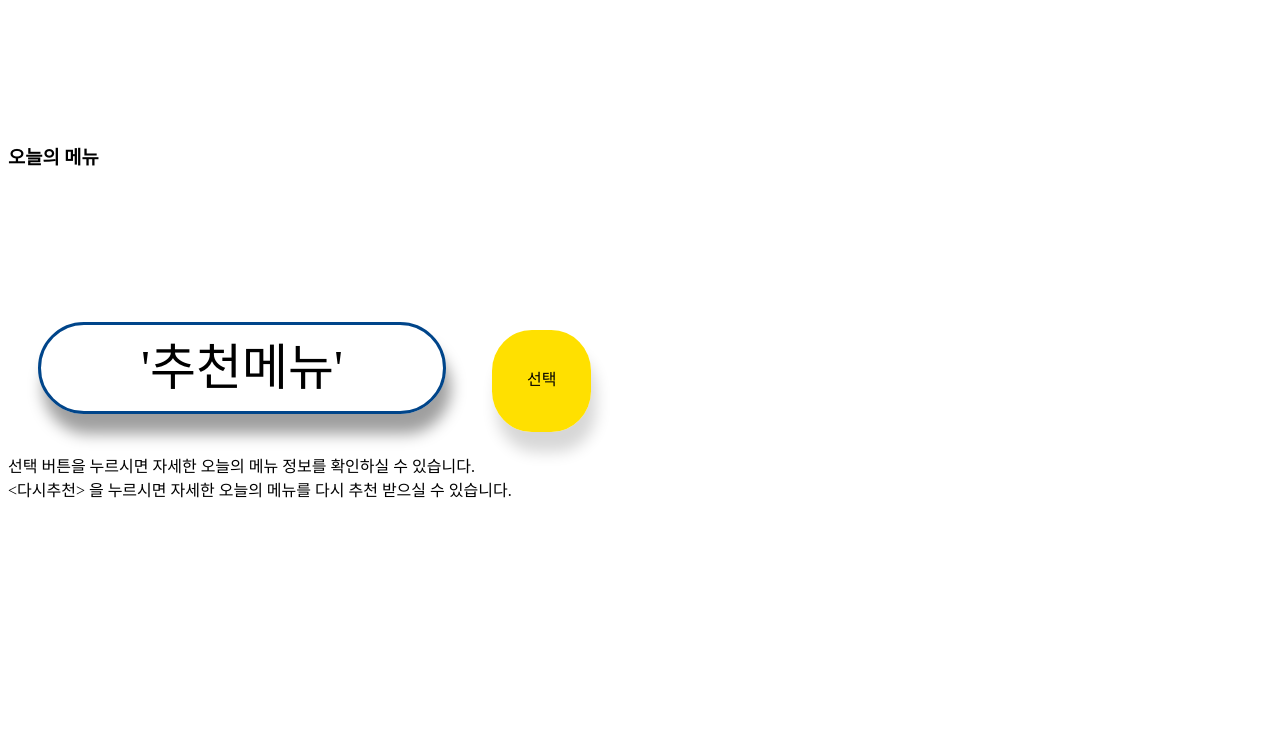
Repository: hkh00700/JustDoEat_Web
Page: http://localhost/justdoeat/WEB-INF/views/home.jsp
An editor plug-in stored every save of this project. The page is shown before and after the next save, followed by the edit.
The browser window is 1280 px wide. The pictures show the whole page.
The page is served by Tomcat 9. Nobody is signed in. Other server files are loaded and not shown. The template is opened directly, without the code that normally fills it, so the values that code supplies are empty.

Above is the page before, as saved 2021-05-18 02:44:09.

### justdoeat/src/main/webapp/WEB-INF/views/home.jsp
<%@ taglib uri="http://java.sun.com/jsp/jstl/core" prefix="c" %>
<%@ page language="java" contentType="text/html; charset=UTF-8"
    pageEncoding="UTF-8"%>
<html>
<head>
	<title>Home</title>
<style type="text/css">
.content {
height: 720px;
}

h3{
height: 300px;
line-height: 300px;
}
.content a:first-of-type{
width: 600px;
height: 120px;
margin: 40px 23px 42px 30px;
padding: 15px 100px 15px 100px;
border-radius: 60px;
box-shadow: 5px 20px 15px 0 rgba(0, 0, 0, 0.38);
border: solid 3px #00458a;
text-align: center;
font-size: 50px;
}
.select{
 width: 120px;
  height: 120px;
  margin: 40px 157px 42px 23px;
  padding: 41px 35px 44px;
  box-shadow: 5px 20px 15px 0 rgba(0, 0, 0, 0.16);
  background-color: #ffe000;
  border-radius: 40%;
}

</style>
</head>
<body>
	<div class="content">
		<h3>오늘의 메뉴</h3>
		<a>'추천메뉴'</a><a class='select'>선택</a>
		<br/><br/><br/><br/>
		선택 버튼을 누르시면 자세한 오늘의 메뉴 정보를 확인하실 수 있습니다.<br/>
		<다시추천> 을 누르시면 자세한 오늘의 메뉴를 다시 추천 받으실 수 있습니다.

	</div>
</body>
</html>

After the next save:
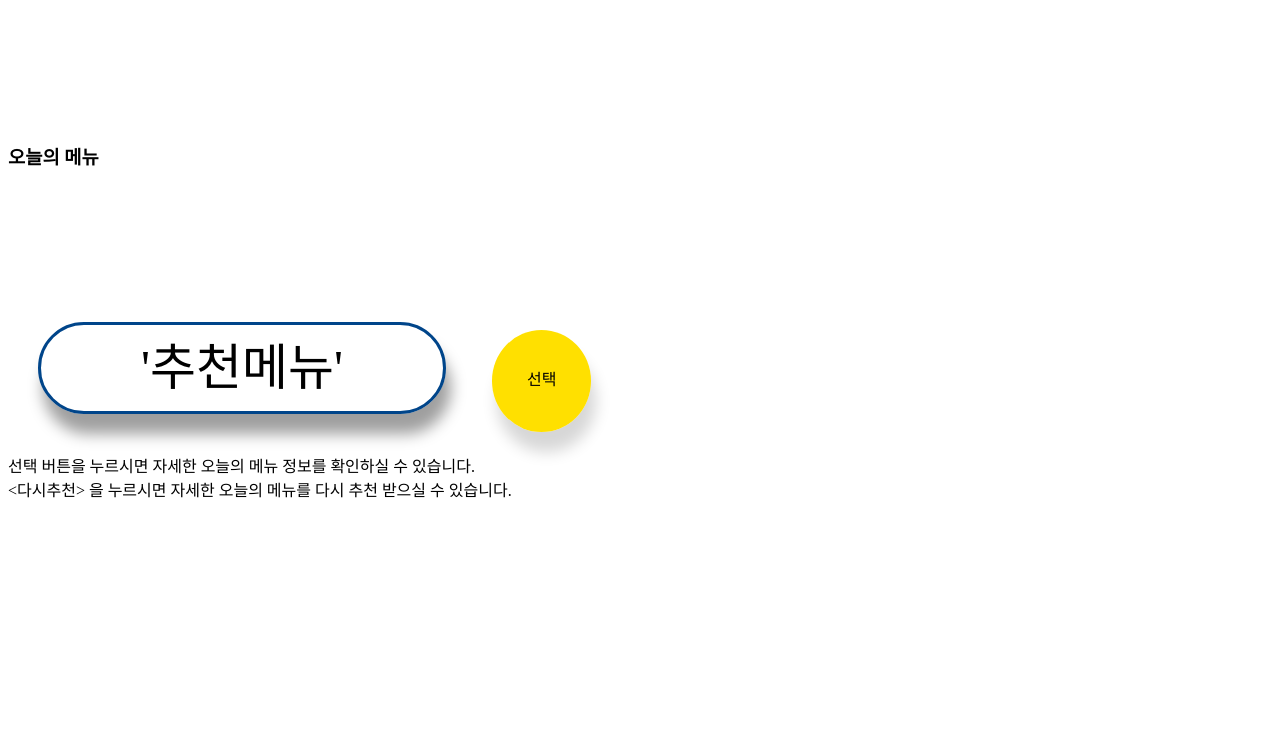
Saved 14 s later.
--- a/justdoeat/src/main/webapp/WEB-INF/views/home.jsp
+++ b/justdoeat/src/main/webapp/WEB-INF/views/home.jsp
@@ -31,7 +31,7 @@
   padding: 41px 35px 44px;
   box-shadow: 5px 20px 15px 0 rgba(0, 0, 0, 0.16);
   background-color: #ffe000;
-  border-radius: 40%;
+  border-radius: 50%;
 }
 
 </style>
